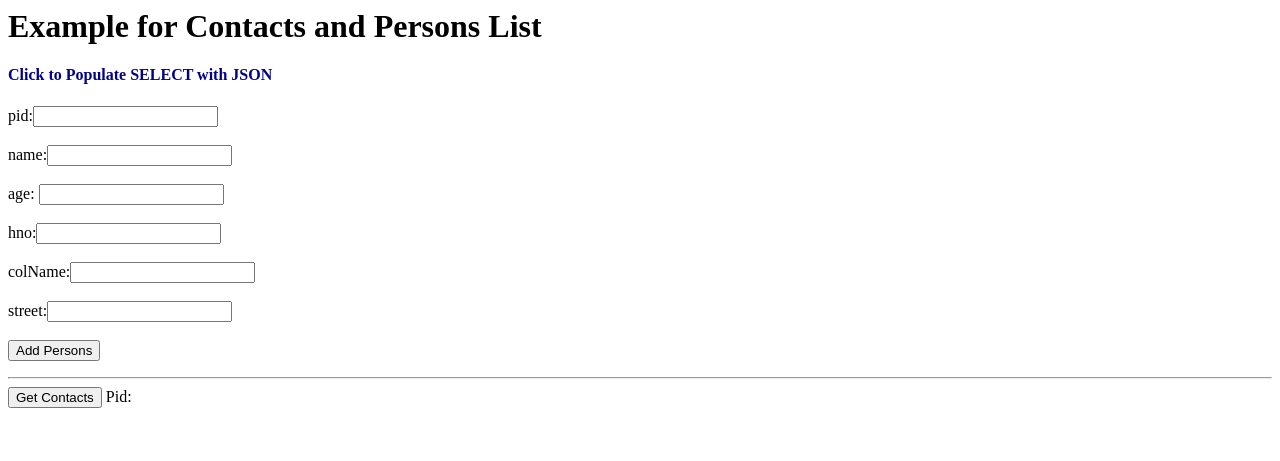
Repository: priyanalleboina/JsTraining
Page: Priyanka _JsExcercies/webpack14example-clinet-node/index.html
The author's editor kept a copy of each file at every save. The page is drawn from the files as they stood at one save, then again after the next save.
The browser window is 1280 px wide. The pictures show the whole page.

Above is the page before, as saved 2020-06-06 10:37:03.

### Priyanka _JsExcercies/webpack14example-clinet-node/index.html
<html lang="en">
<head>
  <meta charset="UTF-8">
  <meta name="viewport" content="width=device-width, initial-scale=1.0">
  <title>Document</title>
  <link rel="stylesheet" href="./src/index.css">
  <script src="./dist/bundler.js"></script>

</head>

<body>
  <div>
    <h1>Example for Contacts and Persons List</h1>
    <!-- add people via hard coded list -->
    <h4 style="color:darkblue">Click to Populate SELECT with JSON</h4>
    <form>
      <label>pid:</label><input id="pid" ></br></br>
      <label>name:</label><input id="name" ></br></br>
      <label>age:</label> <input id="age" ></br></br>
      <label>hno:</label><input id="hno" ></br></br>
      <label>colName:</label><input id="colName" ></br></br>
      <label>street:</label><input id="street" ></br></br>
      <button id="add" onclick="ui.addContactInfo()">Add Persons</button>
  </form>
  </div>
  <hr>
  <div>

 <button onclick="ui.getContactsList()">Get Contacts</button>
 <label>Pid:</label>
 <p id="pid"></p>

  </div>
</body>
</html>

### Priyanka _JsExcercies/webpack14example-clinet-node/src/index.css
#personsList {
  width: 400px;
  height: 400px;
  padding: 2px, 2px, 2px, 2px;
  border: 1px solid red;
};
p#nameLabelXYZ {
  border: 1px solid red;
  height: 50px;
  width: 200px;
  padding: 2px;
  margin: 2px;
  font-size: large;
}

Loaded but not shown: Priyanka _JsExcercies/webpack14example-clinet-node/dist/bundler.js (library)

After the next save:
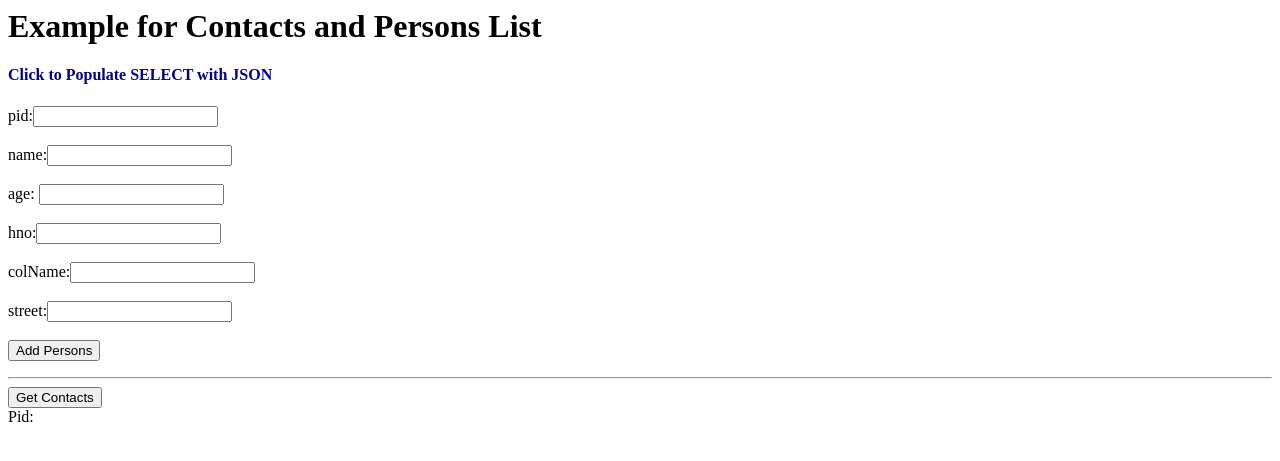
Saved 9 s later.
--- a/Priyanka _JsExcercies/webpack14example-clinet-node/index.html
+++ b/Priyanka _JsExcercies/webpack14example-clinet-node/index.html
@@ -26,7 +26,7 @@
   <hr>
   <div>
 
- <button onclick="ui.getContactsList()">Get Contacts</button>
+ <button onclick="ui.getContactsList()">Get Contacts</button></br>
  <label>Pid:</label>
  <p id="pid"></p>
 
